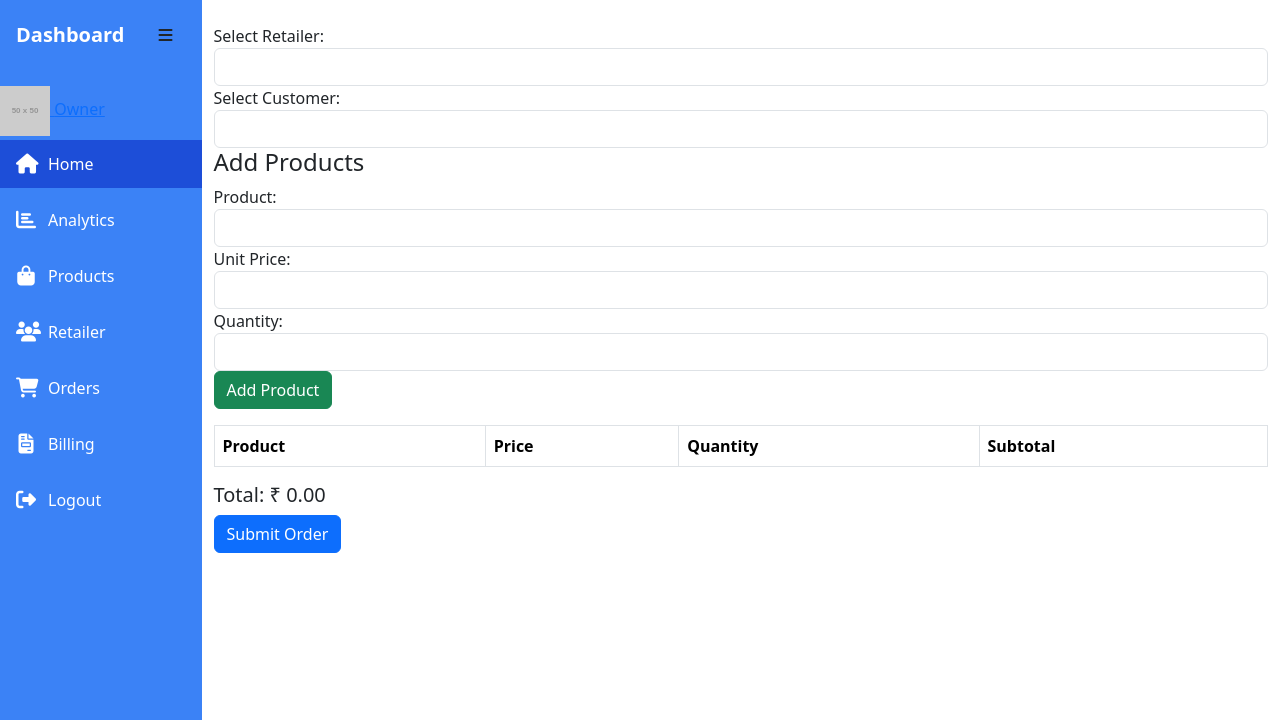
Repository: AditiAjitSalvi/Inventory_Managment
Page: http://localhost/Paper_inventory/NewFile.jsp
These files come from the project's save history. The page is drawn as it stood at one moment and after the next save; the edit follows.
The browser window is 1280 px wide. The pictures show the whole page.
The page is served by Tomcat 9. Queries for data that is not in the repository find no rows.

Above is the page before, as saved 2025-06-02 13:05:17.

After the next save:
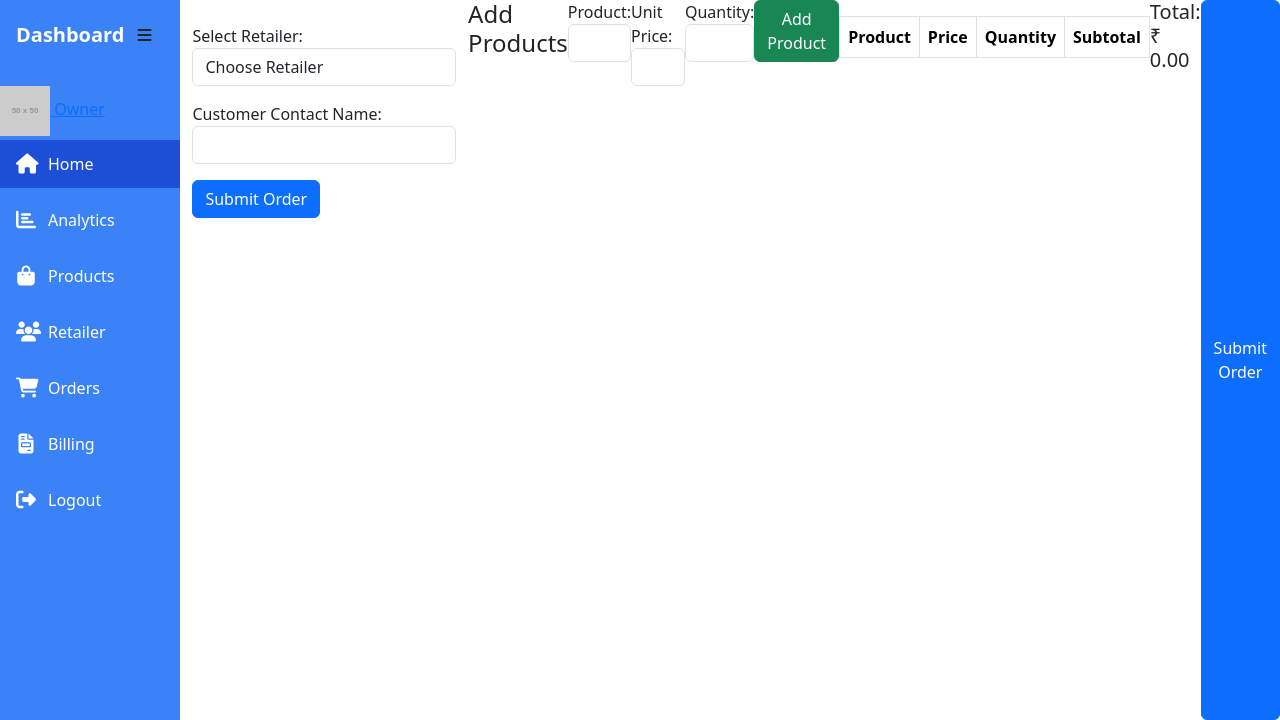
Saved 32 s later.
--- a/Paper_inventory/Paper_inventory/src/main/webapp/NewFile.jsp
+++ b/Paper_inventory/Paper_inventory/src/main/webapp/NewFile.jsp
@@ -309,51 +309,44 @@ body {
 
 		<form action="SaveOrderServlet" method="post" class="container mt-4">
 			<!-- Retailer Dropdown -->
-			<div class="form-group">
-				<label for="retailer">Select Retailer:</label> <select
-					class="form-control" id="retailer" name="retailerId" required>
-					<%
-					try {
-						Class.forName("com.mysql.jdbc.Driver");
-						Connection con = DriverManager.getConnection("jdbc:mysql://localhost:3307/inventory", "root", "");
-						Statement stmt = con.createStatement();
-						ResultSet rs = stmt.executeQuery("SELECT id , name FROM retailers");
-						while (rs.next()) {
-					%>
-					<option value="<%=rs.getInt("id")%>"><%=rs.getString("name")%></option>
-					<%
-					}
-					con.close();
-					} catch (Exception e) {
-					out.println("Error loading retailers.");
-					}
-					%>
-				</select>
-			</div>
-
-			<!-- Customer Name -->
-			<div class="form-group">
-				<label for="customer">Select Customer:</label> <select
-					class="form-control" id="customer" name="customerId" required>
-					<%
-					try {
-						Class.forName("com.mysql.jdbc.Driver");
-						Connection con = DriverManager.getConnection("jdbc:mysql://localhost:3307/inventory", "root", "");
-						Statement stmt = con.createStatement();
-						ResultSet rs = stmt.executeQuery("SELECT id ,contact_name as name FROM retailers where name=");
-						while (rs.next()) {
-					%>
-					<option value="<%=rs.getInt("id")%>"><%=rs.getString("name")%></option>
-					<%
-					}
-					con.close();
-					} catch (Exception e) {
-					out.println("Error loading customers.");
-					}
-					%>
-				</select>
-			</div>
-
+			<form action="SaveOrderServlet" method="post" class="container mt-4">
+				<!-- Retailer Dropdown -->
+				<div class="form-group mb-3">
+					<label for="retailer">Select Retailer:</label> <select
+						class="form-control" id="retailer" name="retailerId" required
+						onchange="setCustomerFromRetailer()">
+						<option value="" disabled selected>Choose Retailer</option>
+						<%
+            try {
+                Class.forName("com.mysql.jdbc.Driver");
+                Connection con = DriverManager.getConnection("jdbc:mysql://localhost:3307/inventory", "root", "");
+                Statement stmt = con.createStatement();
+                ResultSet rs = stmt.executeQuery("SELECT id, name, contact_name FROM retailers");
+                while (rs.next()) {
+            %>
+						<option value="<%=rs.getInt("id")%>"
+							data-contact="<%=rs.getString("contact_name")%>">
+							<%=rs.getString("name")%>
+						</option>
+						<%
+                }
+                con.close();
+            } catch (Exception e) {
+                out.println("Error loading retailers.");
+            }
+            %>
+					</select>
+				</div>
+
+				<!-- Customer Name (Auto-selected from Retailer) -->
+				<div class="form-group mb-3">
+					<label for="customer">Customer Contact Name:</label> <input
+						type="text" class="form-control" id="customer" name="customerName"
+						readonly />
+				</div>
+
+				<button type="submit" class="btn btn-primary">Submit Order</button>
+			</form>
 			<!-- Product Section -->
 			<h4>Add Products</h4>
 
